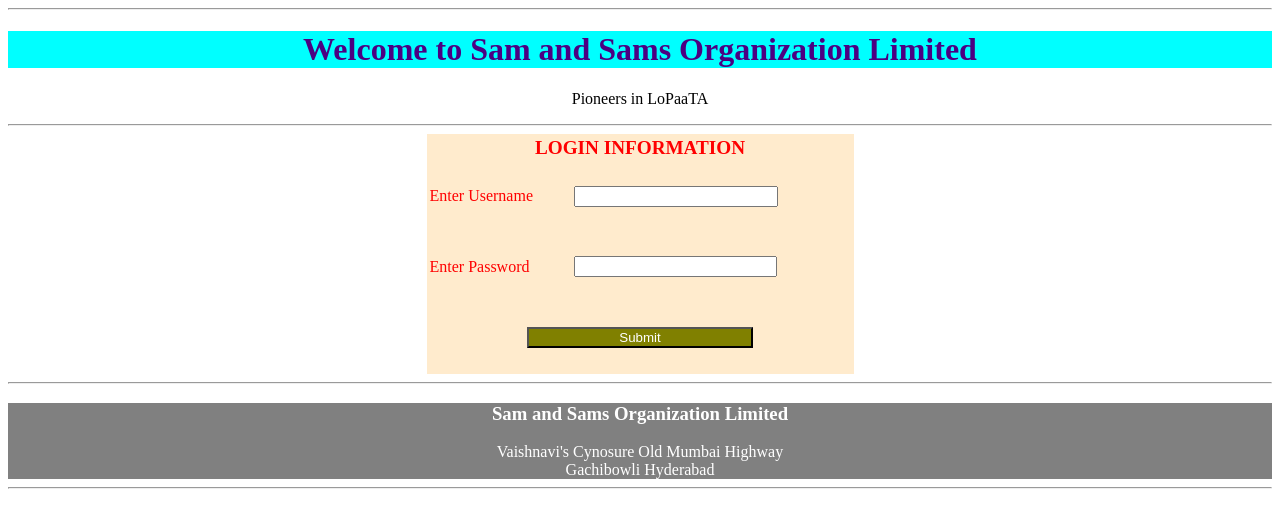
Repository: somnath0796/DeveloperMaterials
Page: http://localhost/JspApp/login.jsp
These files come from the project's save history. The page is drawn as it stood at one moment and after the next save; the edit follows.
The browser window is 1280 px wide. The pictures show the whole page.
The page is served by Tomcat 9. Other server files are loaded and not shown.

Above is the page before, as saved 2018-02-02 06:54:40.

### JspApp/WebContent/login.jsp
<%@ page language="java" contentType="text/html; charset=ISO-8859-1"
    pageEncoding="ISO-8859-1"%>
<!DOCTYPE html PUBLIC "-//W3C//DTD HTML 4.01 Transitional//EN" "http://www.w3.org/TR/html4/loose.dtd">
<html>
<head>
<meta http-equiv="Content-Type" content="text/html; charset=ISO-8859-1">
<title>Login</title>
</head>
<body>
	<%@ include file="header.jsp"%>

	 <form method="post" action="Processer">
	 	<center>
		<table style="background-color: BlanchedAlmond; height: 240px; width: 427px; color: Red">
			<thead>
				<tr>
					<th colspan="2" style="color: White; "><center style="color: Red; "> <b><big>LOGIN INFORMATION</big></b></center></th>
				</tr>
			</thead>
			<tr>
			<td>Enter Username</td> <td> <input type="text" name = "userName" style="width: 196px; "></td>
		</tr>
		<tr>
			<td>Enter Password</td> <td> <input type="password" name = "password" style="width: 195px; "></td>
		</tr>
		<tr>
			<td colspan="2" align="center"><input type="submit" value = "Submit" style="width: 226px; background-color: Olive; color: White"></td>
		</tr>
		</table>
		</center>
	</form>
	<%@ include file="footer.jsp"%>
</body>
</html>

### JspApp/WebContent/header.jsp
<hr style="color:Red">
<center>
<h1 style="color: Indigo; background-color: cyan;"><b> Welcome to Sam and Sams Organization Limited</b></h1>
<p> Pioneers in LoPaaTA</p>
</center>

<hr style="color: Magenta">

### JspApp/WebContent/footer.jsp
<hr>
<center style="background-color: grey; color:white;">
<h3> Sam and Sams Organization Limited </h3>
Vaishnavi's Cynosure Old Mumbai Highway <br/>
Gachibowli Hyderabad<br/>
</center>
<hr>

After the next save:
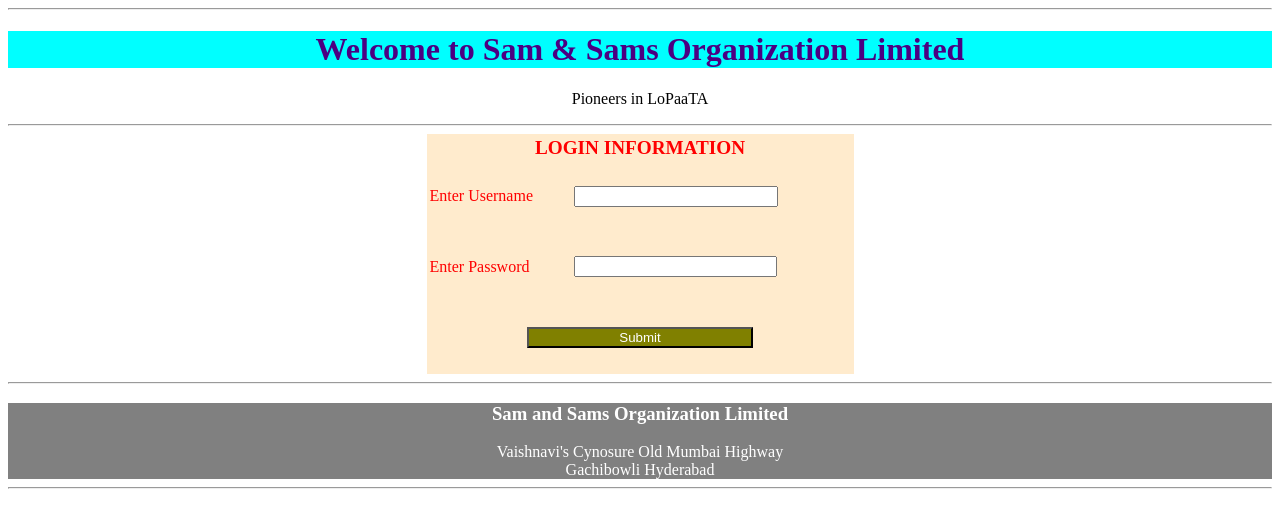
Saved 28 s later.
--- a/JspApp/WebContent/header.jsp
+++ b/JspApp/WebContent/header.jsp
@@ -1,6 +1,6 @@
 <hr style="color:Red">
 <center>
-<h1 style="color: Indigo; background-color: cyan;"><b> Welcome to Sam and Sams Organization Limited</b></h1>
+<h1 style="color: Indigo; background-color: cyan;"><b> Welcome to Sam & Sams Organization Limited</b></h1>
 <p> Pioneers in LoPaaTA</p>
 </center>
 
